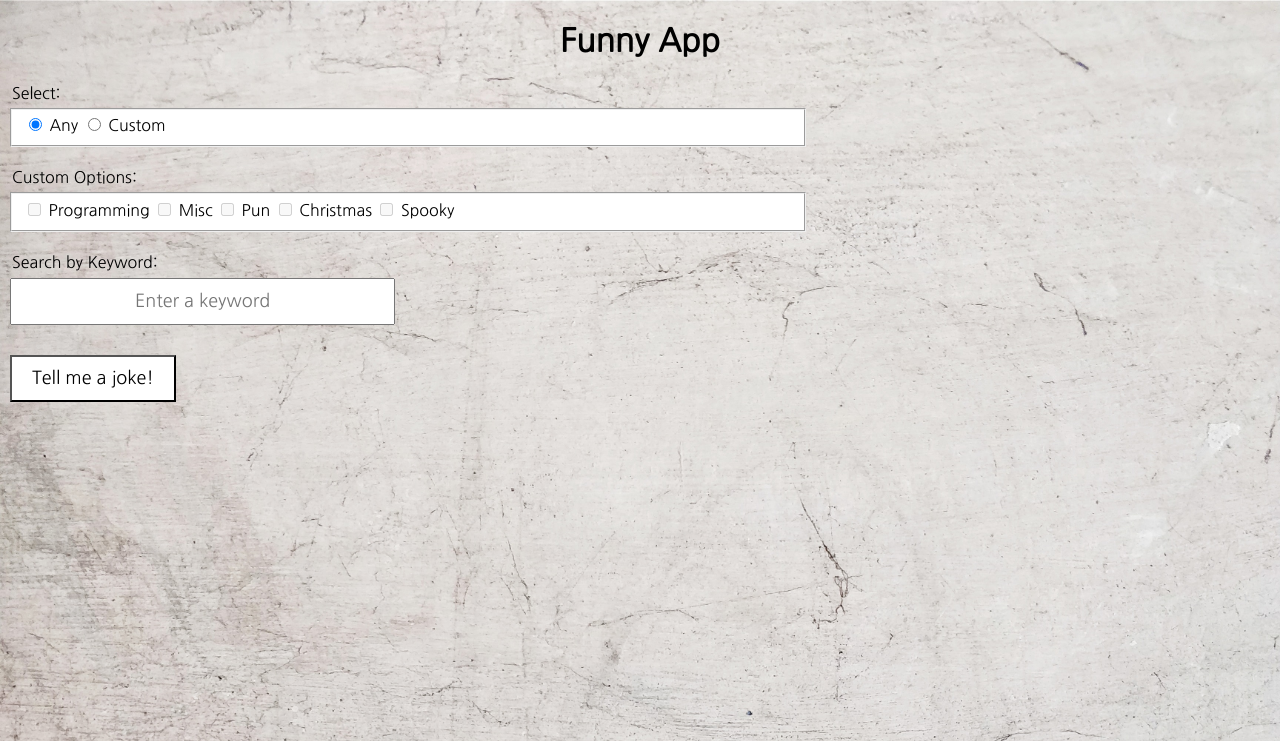
Repository: kaitlynMidori/dadJokeApi
Page: index.html
An editor plug-in stored every save of this project. The page is shown before and after the next save, followed by the edit.
The browser window is 1280 px wide. The pictures show the whole page.
Some web libraries are served in a nearby version.

Above is the page before, as saved 2021-01-08 12:24:50.

### index.html
<!DOCTYPE html>
<html lang="en">
<head>
    <meta charset="UTF-8">
    <meta name="viewport" content="width=device-width, initial-scale=1.0">
    <title>Joke App</title>
    <link href="style.css" rel="stylesheet" type="text/css" />
    <link rel="preconnect" href="https://fonts.gstatic.com">
    <link href="https://fonts.googleapis.com/css2?family=Nanum+Gothic&display=swap" rel="stylesheet">

</head>
<body>
    <div id="container">
        <header>
            <h1>Funny App</h1>
        </header>

        <legend>Select:</legend>
        <fieldset id="select">
                <div id="form-check">
                    <input type="radio"  id="any" name="type" value="Any" checked>
                    <label for="any">Any</label>

                    <input type="radio"  id="custom" name="type" value="Custom">
                    <label for="custom">Custom</label>
                </div>
        </fieldset>

        <br>

        <legend>Custom Options:</legend>
        <fieldset id="options" disabled>
                <div id="form-check form-check-inline">
                    <input type="checkbox" id="coding" name="category" value="Programming">
                    <label for="coding">Programming</label>

                    <input type="checkbox" id="misc" name="category" value="Miscellaneous">
                    <label for="misc">Misc</label>

                    <input type="checkbox" id="pun" name="category" value="Pun">
                    <label for="pun">Pun</label>

                    <input type="checkbox" id="chris" name="category" value="Christmas">
                    <label for="chris">Christmas</label>

                    <!-- <input type="checkbox" id="dark" name="category" value="dark">
                    <label for="dark">Dark</label> -->

                    <input type="checkbox" id="spooky" name="category" value="spooky">
                    <label for="spooky">Spooky</label>
                </div>
        </fieldset>


        <br>

            <form>
                <legend>Search by Keyword:</legend>
                <input type="form-control" placeholder="Enter a keyword" id="keyword">
            </form>

            <br>

            <button type="submit" id="submit button">Tell me a joke!</button>
            <div id="result"></div>
    </div>

    <script src="https://code.jquery.com/jquery-3.2.1.min.js"
          integrity="sha256-hwg4gsxgFZhOsEEamdOYGBf13FyQuiTwlAQgxVSNgt4="
          crossorigin="anonymous"></script>
    <script src="app.js"></script>
</body>
</html>

### style.css
body{
    margin: 0;
    background: cover;
    background-size: cover;
    background-repeat: no-repeat;
    background-image: url("screenshots/white-teal backdrop.jpg");
    /* background-image: linear-gradient(120deg, #a1c4fd 0%, #c2e9fb 100%); */
    min-height: 100vh;
}

* {
    font-family: 'Nanum Gothic', sans-serif;
    color: black;
}

header {
    width: 100%;
    margin-top: 5px;
    justify-content: center;
}

h1 {
    text-align: center;
}

button{
    background-color: white;
    margin-top: 10px;
    margin-left: 10px;
    height: auto;
    font-size: 18px;
    font-weight: 500;
    text-align: center;
    color: black;
    cursor: pointer;
    margin-bottom: 0;
    /* border-radius: 3px; */
    padding: 10px 20px;
}

#keyword {
    margin-top: 1px;
    margin-left: 10px;
    height: auto;
    font-size: 18px;
    font-weight: 500;
    text-align: center;
    color: black;
    cursor: pointer;
    margin-bottom: 0;
    /* border-radius: 3px; */
    padding: 10px 20px;
}

#options{
    background-color: white;
    margin-left: 10px;
    width: 60%;
    justify-content: center;
}

#select {
    background-color: white;
    margin-left: 10px;
    width: 60%;
}

legend {
    margin-left: 10px;
    margin-bottom: 5px;
}

### app.js
//declare 'option', 'custom', 'any' element id's
let option = document.getElementById("options");
let custom = document.getElementById("custom");
let any = document.getElementById("any");

//add event listener on click
//if 'any' option checked
//disable options
any.addEventListener("click", (e)=>{
    if(e.target.checked){
        option.disabled = true;
    }
});

//add event listener on click
//if 'custom' option checked
//enable options
custom.addEventListener("click", (e)=>{
    if(e.target.checked){
        option.disabled = false;
    }
});

//declare asyncrynous getJoke
const getJoke = async () => {
    //declare result  = HTML div 'result' element id
    let result = document.getElementById('result');
    //replace result element with empty string
    result.innerHTML = "";
    //declare checkboxes= filter category checkboxes for checked
    let checkboxes = [...document.getElementsByName('category')].filter((checkbox)=>checkbox.checked);
    //declare category as empty string
    let category = "";
    //if 'any' type is checked
    if(any.checked){
        //category = 'any'
        category = "Any";
    }
    //if 'custom' type is checked
    if(custom.checked){
        //category = map to join checked category values
        category = checkboxes.map((c)=>c.value).join();
    }
    //console.log user selected joke category
    console.log(category);
    //declare url = dynamically generate url inserting user selected category
    let url = `https://v2.jokeapi.dev/joke/${category}`;
    // declare keyword = HTML form div 'keyword' element id
    let keyword = document.getElementById("keyword").value;
    //if keyword does not equal empty; dynamically generate url with user keyword input
    if(keyword != ""){
        url = `https://v2.jokeapi.dev/joke/${category}?contains=${keyword}`;
    }
    console.log(url);
    const response = await fetch(url);
    const data = await response.json();
    console.log(data);

    //if JSON data response = API doc response 'single'
    if(data.type == "single"){
        //insert API doc 'joke' into response element
        result.innerHTML = `<h3>${data.joke}</h3>`;
    }
    //if JSON data response = API doc response 'twopart'
    if(data.type == "twopart"){
        //insert API doc 'setup' into response element
        result.innerHTML = `<h3>${data.setup}</h3>`;
        //display 'delivery' after 1 second
        setTimeout(()=>{
            //insert API doc 'delivery' into response element
            result.innerHTML += `<h3>${data.delivery}</h3>`;
        },1000);
    }
}

//declare submit = HTML button 'submit button'
let submit = document.getElementById('submit button');
//upon 'submit', add event listener for 'click and activate 'getJoke'
submit.addEventListener("click", getJoke);

After the next save:
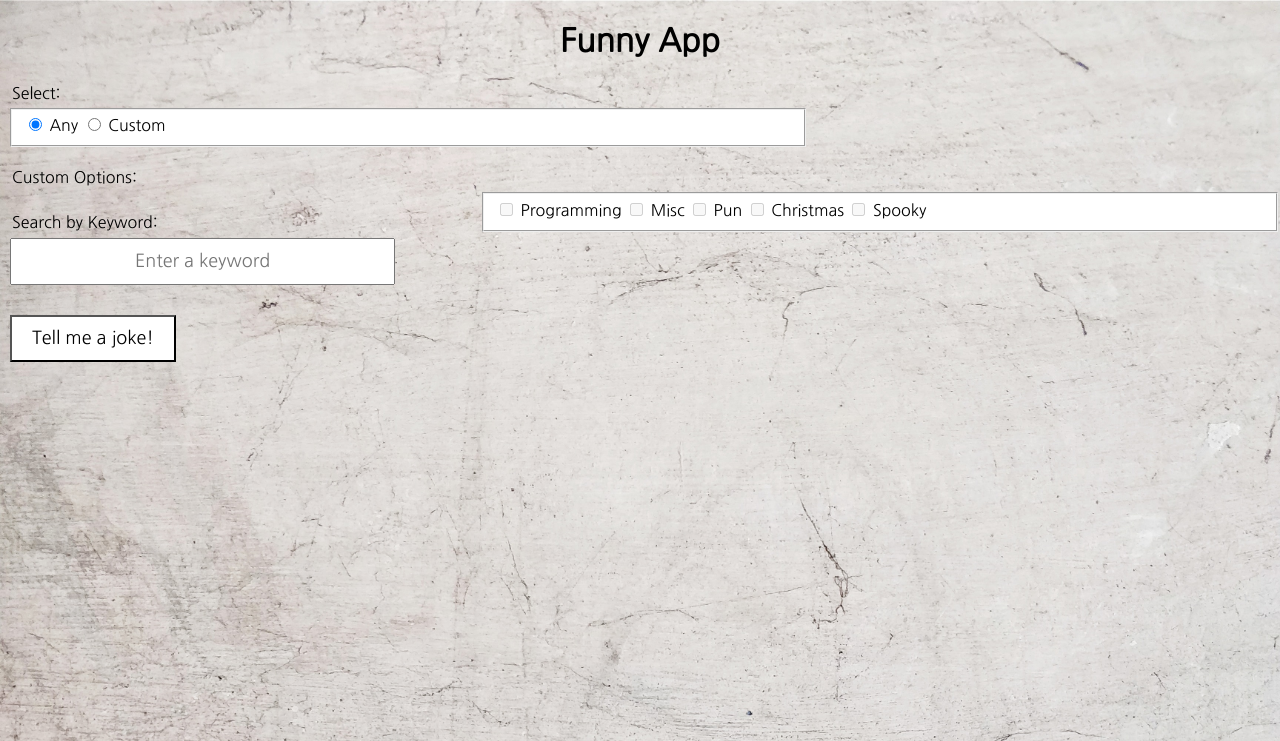
Saved 101 s later.
--- a/style.css
+++ b/style.css
@@ -56,7 +56,7 @@ button{
     background-color: white;
     margin-left: 10px;
     width: 60%;
-    justify-content: center;
+    float: inline-end;
 }
 
 #select {
